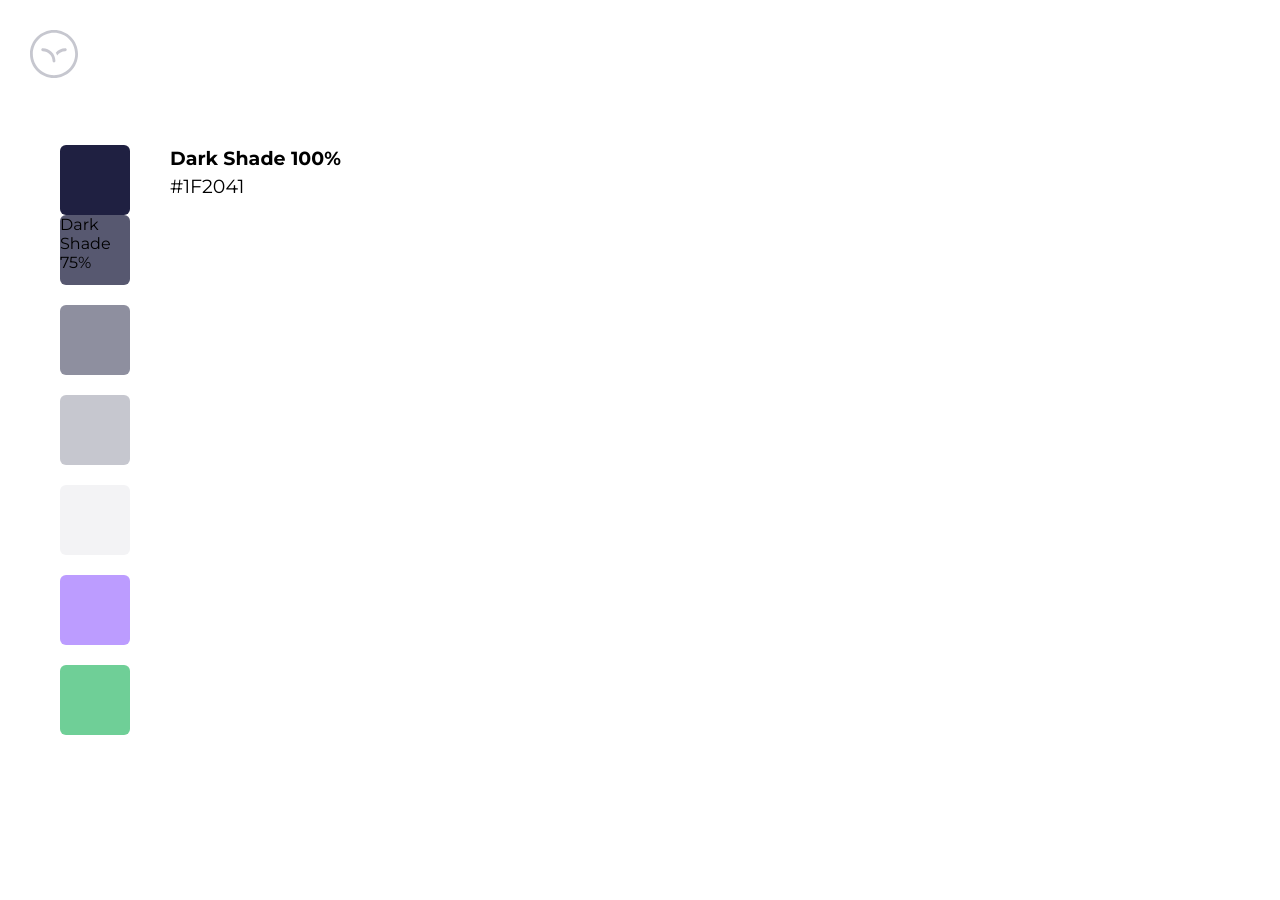
Repository: Inzhir2022/quatrain
Page: ui/index.html
These files come from the project's save history. The page is drawn as it stood at one moment and after the next save; the edit follows.
The browser window is 1280 px wide. The pictures show the whole page.

Above is the page before, as saved 2022-07-23 09:34:50.

### ui/index.html
<!DOCTYPE html>
<html lang="en">

<head>
  <meta charset="UTF-8">
  <meta http-equiv="X-UA-Compatible" content="IE=edge">
  <meta name="viewport" content="width=device-width, initial-scale=1.0">
  <link rel="preconnect" href="https://fonts.googleapis.com">
  <link rel="preconnect" href="https://fonts.gstatic.com" crossorigin>
  <link href="https://fonts.googleapis.com/css2?family=Montserrat:wght@400;700&display=swap" rel="stylesheet">
  <link rel="stylesheet" href="style.css">
  <title>UI</title>
</head>

<body>
  <div class="colorsAndTypes">
    <div class="container">
      <div class="colorsAndTypes__logo logo">
        <svg class="logo__icon" width="48" height="48" viewBox="0 0 48 48" xmlns="http://www.w3.org/2000/svg">
          <path d="M23.9989 32.4712C23.2224 32.4712 22.5871 31.8359 22.5871 31.0594C22.5871 25.6241 18.14 21.177 12.7047 21.177C11.9283 21.177 11.293 20.5418 11.293 19.7653C11.293 18.9888 11.9283 18.3535 12.7047 18.3535C19.7283 18.3535 25.4106 24.0359 25.4106 31.0594C25.4106 31.8359 24.7753 32.4712 23.9989 32.4712Z" />
          <path d="M36.7068 19.7653C36.7068 20.5418 36.0715 21.177 35.295 21.177C31.9421 21.177 28.9421 22.8712 27.1774 25.4476C26.7892 24.4594 26.3303 23.5418 25.7656 22.6947C28.095 20.0123 31.5186 18.3535 35.295 18.3535C36.0715 18.3535 36.7068 18.9888 36.7068 19.7653Z" />
          <path d="M24 48C10.7647 48 0 37.2353 0 24C0 10.7647 10.7647 0 24 0C37.2353 0 48 10.7647 48 24C48 37.2353 37.2353 48 24 48ZM24 2.82353C12.3176 2.82353 2.82353 12.3176 2.82353 24C2.82353 35.6824 12.3176 45.1765 24 45.1765C35.6824 45.1765 45.1765 35.6824 45.1765 24C45.1765 12.3176 35.6824 2.82353 24 2.82353Z" />
        </svg>
      </div>
      <div class="colors">
        <div class="colors__wrapper">
          <div class="colors__item colors__item_darkShade"></div>
          <div class="colors__title">Dark Shade 100%
            <span class="colors__subtitle">#1F2041</span>
          </div>
        </div>

        <div class="colors__wrapper">
          <div class="colors__item colors__item_darkShade_75">Dark Shade 75%
          </div>
          <div class="colors__title"></div>
          <div class="colors__subtitle"></div>
        </div>
        <div class="colors__wrapper">
          <div class="colors__item colors__item_darkShade_50"></div>
          <div class="colors__title"></div>
          <div class="colors__subtitle"></div>
        </div>
        <div class="colors__wrapper">
          <div class="colors__item colors__item_darkShade_25"></div>
          <div class="colors__title"></div>
          <div class="colors__subtitle"></div>
        </div>
        <div class="colors__wrapper">
          <div class="colors__item colors__item_darkShade_5"></div>
          <div class="colors__title"></div>
          <div class="colors__subtitle"></div>
        </div>
        <div class="colors__wrapper">
          <div class="colors__item colors__item_purple"></div>
          <div class="colors__title"></div>
          <div class="colors__subtitle"></div>
        </div>
        <div class="colors__wrapper">
          <div class="colors__item colors__item_green"></div>
          <div class="colors__title"></div>
          <div class="colors__subtitle"></div>
        </div>

      </div>
    </div>
  </div>



</body>

</html>

### ui/style.css
:root {
  --darkShade_100: rgba(31, 32, 65, 1);
  --darkShade_75: rgba(31, 32, 65, .75);
  --darkShade_50: rgba(31, 32, 65, .5);
  --darkShade_25: rgba(31, 32, 65, .25);
  --darkShade_5: rgba(31, 32, 65, .05);
  --purple: rgb(188, 156, 255);
  --green: rgb(111, 207, 151);
}

body {
  position: relative;
  margin: 0;
  padding: 0;
  box-sizing: border-box;
  font-family: 'Montserrat', sans-serif;
}

.container {
  display: grid;
  grid-template-columns: repeat(12, 96.67px);
  column-gap: 20px;
  margin: 0 auto;
  max-width: 1160px;
  min-height: 900px;
}

.colorsAndTypes .container {
  grid-template-rows: 145px 1fr;
}

.colorsAndTypes__logo {
  position: absolute;
  top: 30px;
  left: 30px;
}
.logo__icon {
  fill: rgba(31, 32, 65, .25);
}

.colors {
  grid-column: 1/4;
  grid-row: 2;
}

.colors__wrapper {
  display: grid;
  grid-template-columns: 70px 171px;
  column-gap: 40px;
  row-gap: 20px;
}

.colors__item {
  width: 70px;
  height: 70px;
  border-radius: 6px;
}

.colors__item_darkShade {
  background-color: var(--darkShade_100);
}
.colors__item_darkShade_75 {
  background-color: var(--darkShade_75);
}
.colors__item_darkShade_50 {
  background-color: var(--darkShade_50);
}
.colors__item_darkShade_25 {
  background-color: var(--darkShade_25);
}
.colors__item_darkShade_5 {
  background-color: var(--darkShade_5);
}
.colors__item_purple {
  background-color: var(--purple);
}
.colors__item_green {
  background-color: var(--green);
}

.colors__title {
  font-size: 19px;
  font-weight: 700;
  line-height: 28px;
}

.colors__subtitle {
  display: block;
  font-weight: 400;
}

After the next save:
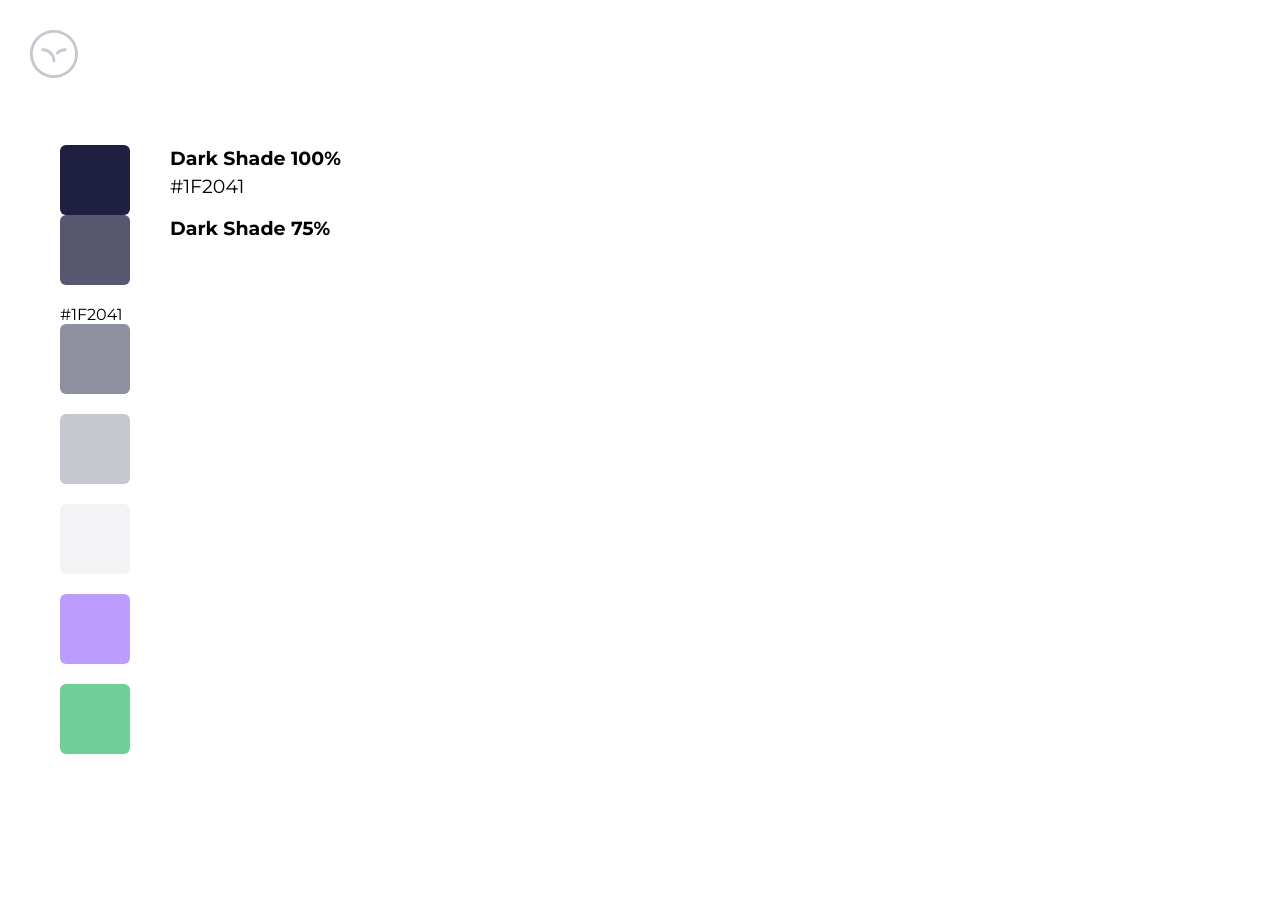
Saved 27 s later.
--- a/ui/index.html
+++ b/ui/index.html
@@ -31,10 +31,9 @@
         </div>
 
         <div class="colors__wrapper">
-          <div class="colors__item colors__item_darkShade_75">Dark Shade 75%
-          </div>
-          <div class="colors__title"></div>
-          <div class="colors__subtitle"></div>
+          <div class="colors__item colors__item_darkShade_75"></div>
+          <div class="colors__title">Dark Shade 75%</div>
+          <div class="colors__subtitle">#1F2041</div>
         </div>
         <div class="colors__wrapper">
           <div class="colors__item colors__item_darkShade_50"></div>
